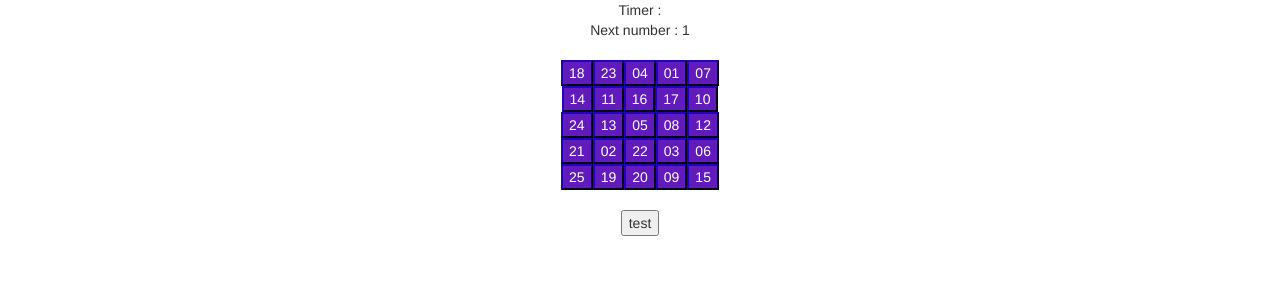
Repository: mikelily/lab
Page: oneTo25/game.2.html
The author's editor kept a record of every edit. The page is drawn from the files as they stood at one moment, then again after the next edit.
The browser window is 1280 px wide. The pictures show the whole page.

Above is the page before.

After the next edit:
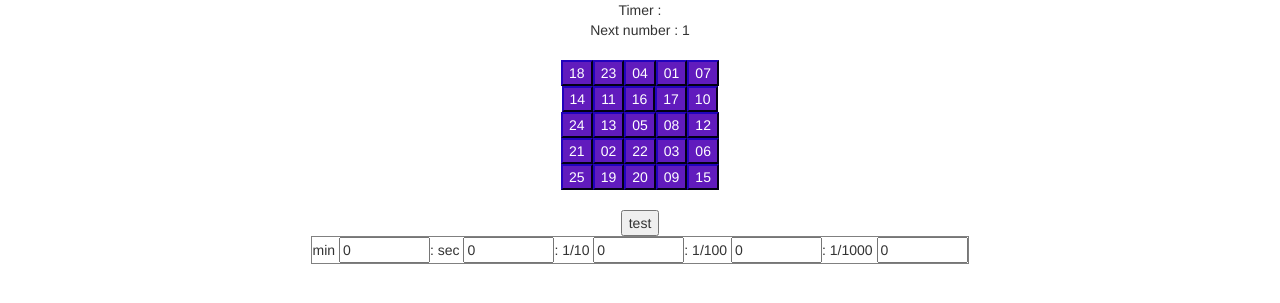
The edit:
--- a/oneTo25/game.2.html
+++ b/oneTo25/game.2.html
@@ -52,8 +52,21 @@
         <center>
             <div>
                 <text>Timer : </text>
-                <text id="timerS"></text>
+                <text id="timerS"></text><br>
+
+                <form name="timer">
+                <table border="1">
+                	<tr>
+                		<td colspan="3" align="center">min <input type="text" readonly name="minutes" size="8" value="0">:
+                		sec <input type="text" readonly name="seconds" size="8" value="0">:
+                		1/10 <input type="text" readonly name="tenths" size="8" value="0">:
+                		1/100 <input type="text" readonly name="hundredths" size="8" value="0">:
+                		1/1000 <input type="text" readonly name="milliseconds" size="8" value="0"></td>
+                	</tr>
+
+                </form>
             </div>
+
             <!--<canvas id="canvas" width=300 height=300></canvas>-->
             <div>
                 <text>Next number : </text>

After the 2 edits that followed:
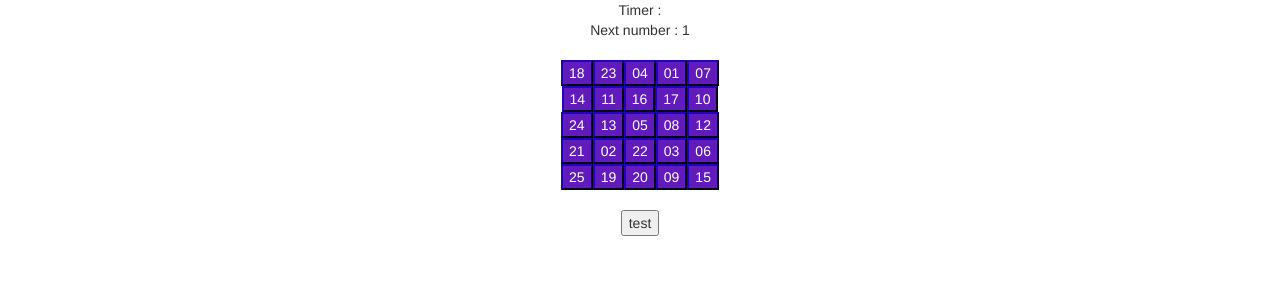
The 2 edits are shown as one change because 1 left the picture as it was.
The edit:
--- a/oneTo25/game.2.html
+++ b/oneTo25/game.2.html
@@ -55,16 +55,16 @@
                 <text id="timerS"></text><br>
 
                 <form name="timer">
-                <table border="1">
-                	<tr>
-                		<td colspan="3" align="center">min <input type="text" readonly name="minutes" size="8" value="0">:
-                		sec <input type="text" readonly name="seconds" size="8" value="0">:
-                		1/10 <input type="text" readonly name="tenths" size="8" value="0">:
-                		1/100 <input type="text" readonly name="hundredths" size="8" value="0">:
-                		1/1000 <input type="text" readonly name="milliseconds" size="8" value="0"></td>
-                	</tr>
+                <!--<table border="1">-->
+                <!--	<tr>-->
+                <!--		<td colspan="3" align="center">min <input type="text" readonly name="minutes" size="8" value="0">:-->
+                <!--		sec <input type="text" readonly name="seconds" size="8" value="0">:-->
+                <!--		1/10 <input type="text" readonly name="tenths" size="8" value="0">:-->
+                <!--		1/100 <input type="text" readonly name="hundredths" size="8" value="0">:-->
+                <!--		1/1000 <input type="text" readonly name="milliseconds" size="8" value="0"></td>-->
+                <!--	</tr>-->
 
-                </form>
+                <!--</form>-->
             </div>
 
             <!--<canvas id="canvas" width=300 height=300></canvas>-->
@@ -83,12 +83,8 @@
 
             function btnTest(){
                 //placeBtn();   //new game
-                timeouts = window.setInterval("document.timer.seconds.value = seconds++;tenths =0", 1000);
 
-                timer = new Timer();
-                timer.reset();
-                currentTime = timer.getElapsedTime();
-                timerS.innerHTML = currentTime;
+
             }
 
             var nextNum = 1;
